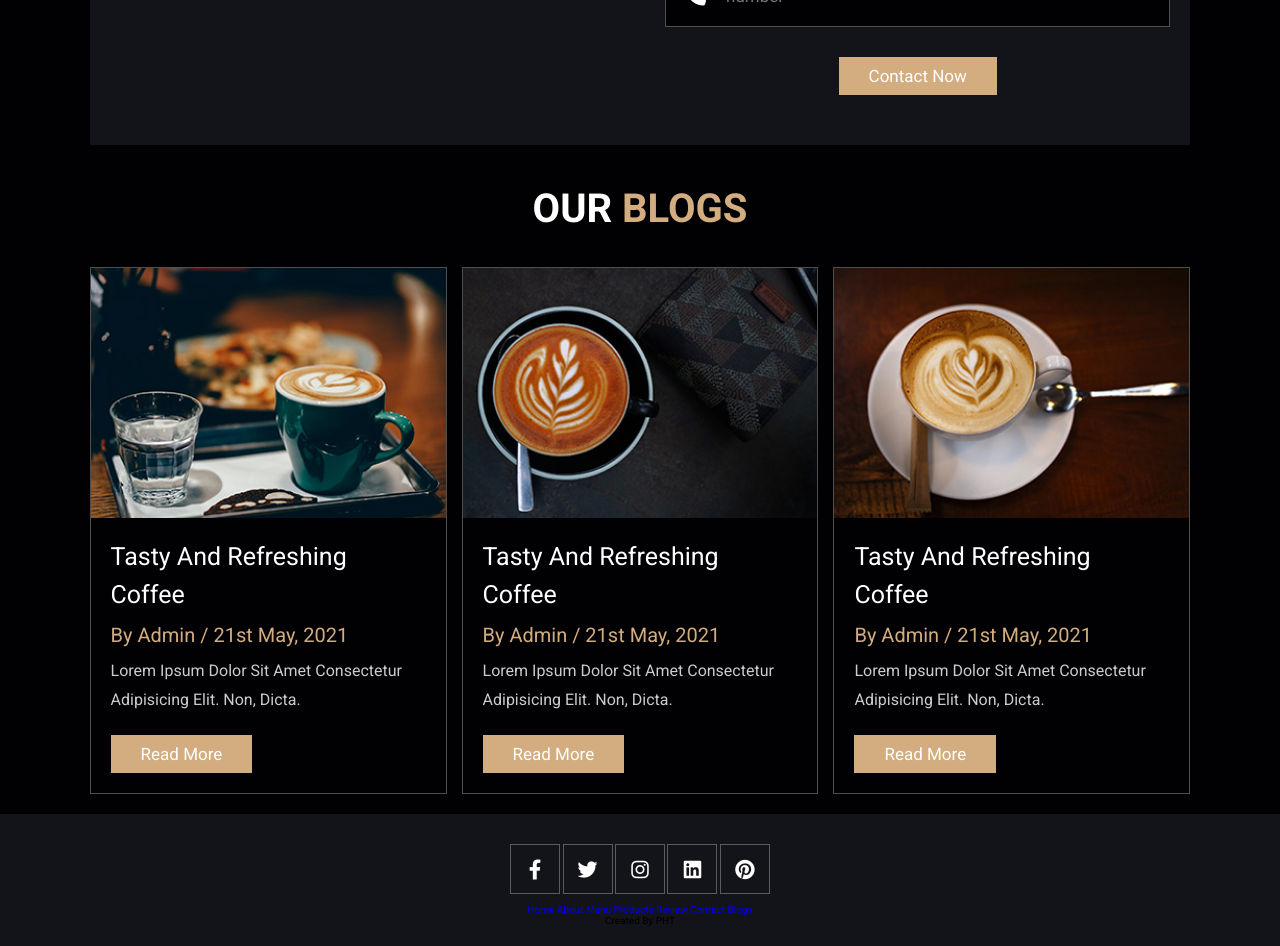
Repository: phamtrunghptn-dev/coffee-shop
Page: index.html
An editor plug-in stored every save of this project. The page is shown before and after the next save, followed by the edit.
The browser window is 1280 px wide. The pictures show the part of the page from y = 3644 to 4596 px (the page is 4590 px tall before and 4596 px after).
Pictures or frames that could not be fetched are drawn as grey boxes. A picture or video elsewhere on the page could not be fetched, so the positions and the page height are approximate. Some web libraries are served in a nearby version.

Above is the page before, as saved 2022-06-26 22:15:42.

After the next save:
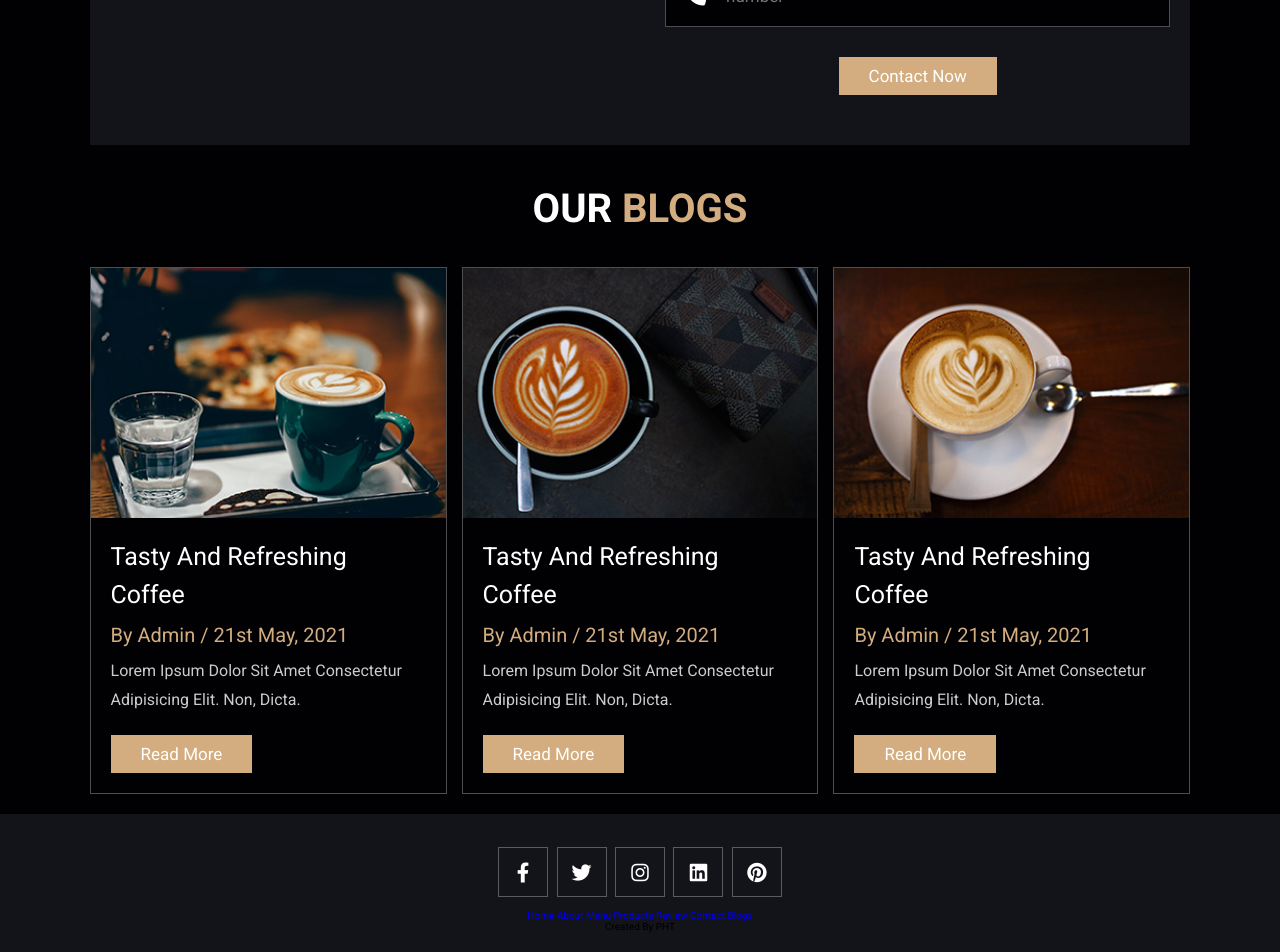
Saved 4 s later.
--- a/css/style.css
+++ b/css/style.css
@@ -527,7 +527,7 @@ section{
     font-size: 2rem;
     color: #fff;
     border: var(--border);
-    margin:
+    margin: 0.3rem;
 }
 
 
